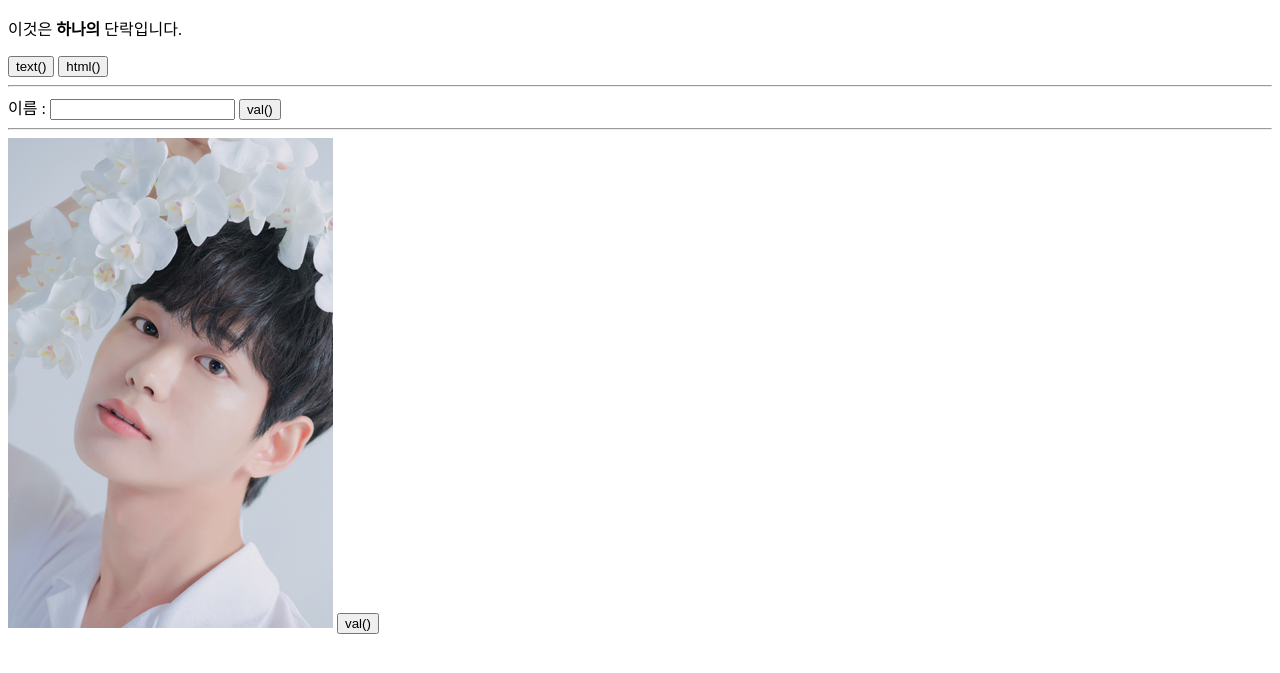
Repository: gpqls12321/public
Page: javascript_jquery/WebContent/jQuery_ex03.html
The author's editor kept a copy of each file at every save. The page is drawn from the files as they stood at one save, then again after the next save.
The browser window is 1280 px wide. The pictures show the whole page.

Above is the page before, as saved 2021-04-15 05:04:01.

After the next save:
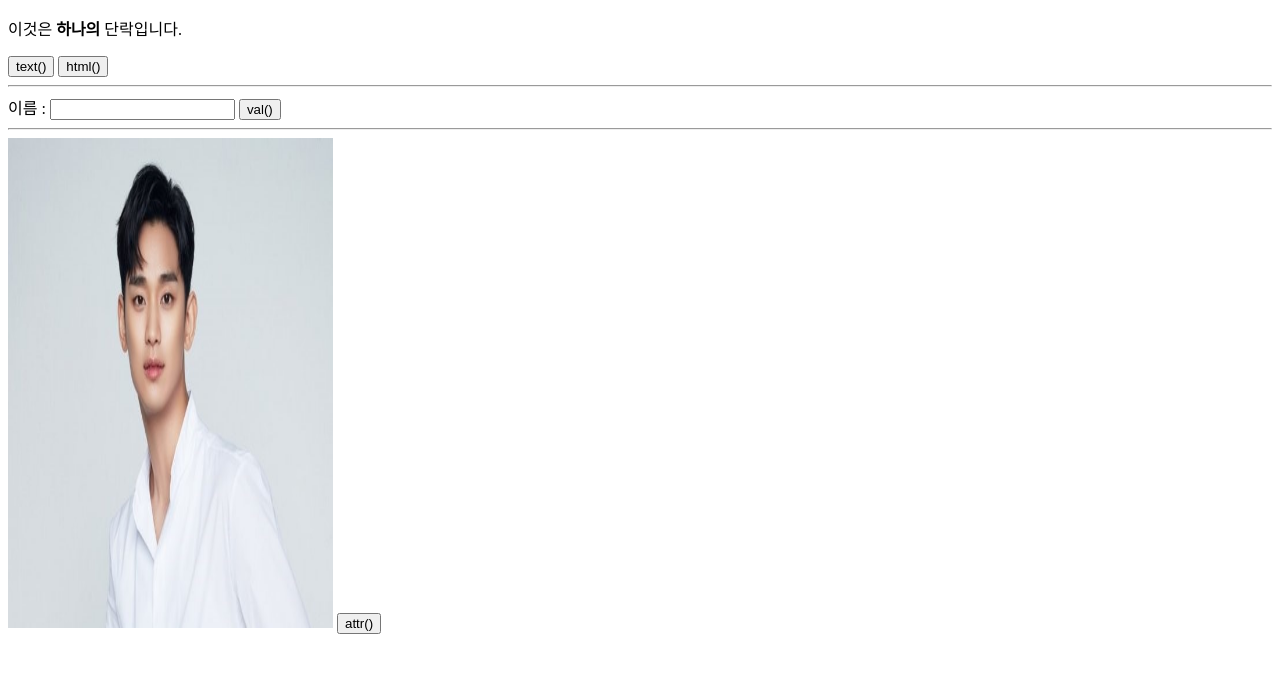
Saved 115 s later.
--- a/javascript_jquery/WebContent/jQuery_ex03.html
+++ b/javascript_jquery/WebContent/jQuery_ex03.html
@@ -19,6 +19,10 @@
 			alert($("#irum").val());
 			console.log($("#irum").val());
 		});
+
+		$("#attr").click(function() {
+			alert($("#kim").attr("src"));
+		});
 	});
 </script>
 </head>
@@ -30,7 +34,7 @@
 	이름 : <input type="text" id="irum">
 	<button id="val">val()</button>
 	<hr>
-	<img id="lee" alt="이세진" src="images/이세진.jpg" width="325px;" height="490px;">
-	<button id="val">val()</button>
+	<img id="kim" alt="김수현" src="images/김수현01.jpg" width="325px;" height="490px;">
+	<button id="attr">attr()</button>
 </body>
 </html>
